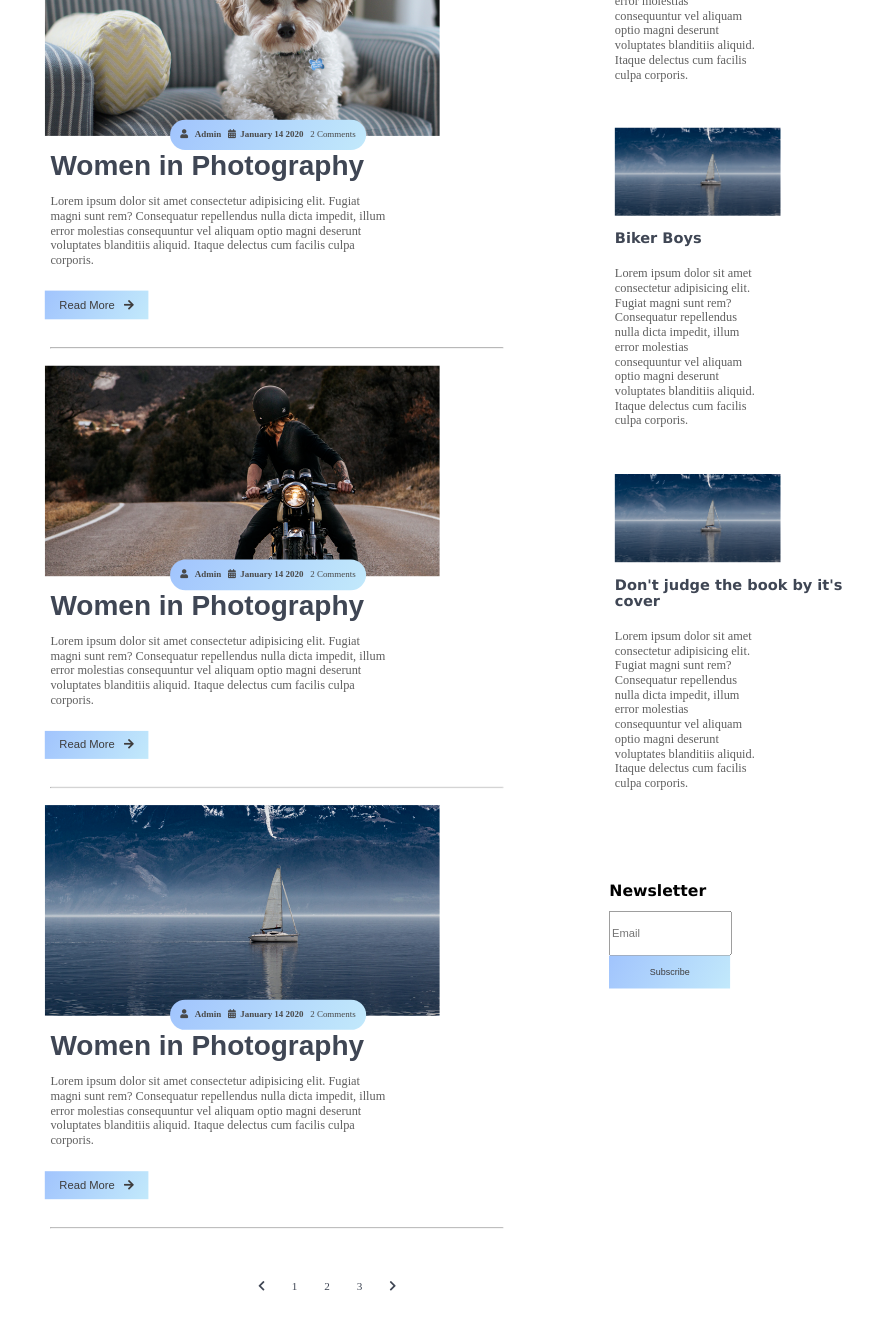
Repository: premjawaharp/Blogsite
Page: index.html
The author's editor kept a copy of each file at every save. The page is drawn from the files as they stood at one save, then again after a run of saves.
The browser window is 1280 px wide. The pictures show the part of the page from y = 2033 to 3953 px (the page is 3953 px tall), at 70% of full size.

Above is the page before, as saved 2020-09-16 21:29:19.

### index.html
<!DOCTYPE html>
<html lang="en">
<head>
    <meta charset="UTF-8">
    <meta name="viewport" content="width=device-width, initial-scale=1.0">
    <title>Blogger</title>

    <!--Font Awesome style-->
    <link rel="stylesheet" href="css/all.css">

    <!-- Owl Carousel style -->
    <link rel="stylesheet" href="./css/owl.carousel.min.css">
    <link rel="stylesheet" href="./css/owl.theme.default.css">

    <!--Custom style-->
    <link rel="stylesheet" href="css/style.css">
</head>
<body>
    <!------------- Navigation ------------------>
   <nav class="nav">
        <div class="nav-menu flex-row">
            <div class="nav-brand">
                <a href="#" class="text-gray">Premonation</a>
            </div>
            <div class="toggle-collapse">
                <div class="toggle-icons">
                    <i class="fas fa-bars"></i>
                </div>
            </div>
            <div>
                <ul class="nav-items">
                    <li class="nav-link">
                        <a href="#">Home</a>
                    </li>
                    <li class="nav-link">
                        <a href="#">Category</a>
                    </li>
                    <li class="nav-link">
                        <a href="#">Archive</a>
                    </li>
                    <li class="nav-link">
                        <a href="#">Pages</a>
                    </li>
                    <li class="nav-link">
                        <a href="#">Contact Us</a>
                    </li>
                </ul>
            </div>
            <div class="social text-gray">
                    <a href="#"><i class="fab fa-facebook-f"></i></a>
                    <a href="#"><i class="fab fa-instagram"></i></a>
                    <a href="#"><i class="fab fa-twitter"></i></a>
                    <a href="#"><i class="fab fa-youtube"></i></a>
            </div>
        </div>
    </nav>
    <!-----x------- Navigation --------x--------->

    <!-- Main site section -->
    <main>
        <!---- Site title ---->
        <section class="site-title">
            <div class="site-background">
                <h3>Tours & Travels</h3>
                <h1>Amazing Place on Earth</h1>
                <button class="btn">Explore</button>
            </div>
        </section>
        <!-- x Site title x -->
        <!-- Blog Carousel content -->
        <section>
            <div class="blog">
                <div class="container">
                    <div class="owl-carousel owl-theme blogpost">
                        <div class="blog-content">
                            <img src="./assets/Blog-post/post-1.jpg" alt="post1">
                            <div class="blog-title">
                                <h3>London Fashion Week</h3>
                                <button class="btn">Fashion</button>
                            </div>
                        </div>
                        <div class="blog-content">
                            <img src="./assets/Blog-post/post-2.jpg" alt="post2">
                            <div class="blog-title">
                                <h3>London Fashion Week</h3>
                                <button class="btn">Fashion</button>
                            </div>
                        </div>
                        <div class="blog-content">
                            <img src="./assets/Blog-post/post-3.jpg" alt="post3">
                            <div class="blog-title">
                                <h3>London Fashion Week</h3>
                                <button class="btn">Fashion</button>
                            </div>
                        </div>
                        <div class="blog-content">
                            <img src="./assets/Blog-post/post-1.jpg" alt="post1">
                            <div class="blog-title">
                                <h3>London Fashion Week</h3>
                                <button class="btn">Fashion</button>
                            </div>
                        </div>

                    </div>
                    <div class="owl-navigation">
                        <span class="owl-nav-prev"><i class="fas fa-long-arrow-alt-left"></i></span>
                        <span class="owl-nav-next"><i class="fas fa-long-arrow-alt-right"></i></span>
                    </div>
                </div>
            </div>
        </section>
        <!-- x Blog Carousel content x -->

        <!---- Site Content ---->

        <section class="container">
            <div class="site-content">
                <div class="posts">
                    <div class="post-content">
                        <div class="post-image">
                            <div>
                                <img  src="./assets/Blog-post/blog1.png" class="img" alt="blog1">
                            </div>
                            <div class="post-info flex-row">
                                <span><i class="fas fa-user text-gray">&nbsp;&nbsp; Admin</i></span>&nbsp;
                                <span><i class="fas fa-calendar-alt text-gray">&nbsp;&nbsp;January 14 2020</i></span>&nbsp;
                                <span class="text-gray">2 Comments</span>
                            </div>
                        </div>
                        <div class="post-title">
                            <a href="#"><h1>Women in Photography</h1></a>
                            <p>Lorem ipsum dolor sit amet consectetur adipisicing elit.
                                Fugiat magni sunt rem? Consequatur repellendus nulla dicta impedit, illum error molestias consequuntur vel aliquam optio magni deserunt voluptates blanditiis aliquid. Itaque delectus cum facilis culpa corporis.</p>
                        </div>
                        <button class="btn post-btn">Read More &nbsp; <i class="fas fa-arrow-right"></i></button>
                    </div>
                    <hr>
                    <div class="post-content">
                        <div class="post-image">
                            <div>
                                <img  src="./assets/Blog-post/blog2.png" class="img" alt="blog">
                            </div>
                            <div class="post-info flex-row">
                                <span><i class="fas fa-user text-gray">&nbsp;&nbsp; Admin</i></span>&nbsp;
                                <span><i class="fas fa-calendar-alt text-gray">&nbsp;&nbsp;January 14 2020</i></span>&nbsp;
                                <span class="text-gray">2 Comments</span>
                            </div>
                        </div>
                        <div class="post-title">
                            <a href="#"><h1>Women in Photography</h1></a>
                            <p>Lorem ipsum dolor sit amet consectetur adipisicing elit.
                                Fugiat magni sunt rem? Consequatur repellendus nulla dicta impedit, illum error molestias consequuntur vel aliquam optio magni deserunt voluptates blanditiis aliquid. Itaque delectus cum facilis culpa corporis.</p>
                        </div>
                        <button class="btn post-btn">Read More &nbsp; <i class="fas fa-arrow-right"></i></button>
                    </div>
                    <hr>
                    <div class="post-content">
                        <div class="post-image">
                            <div>
                                <img  src="./assets/Blog-post/blog3.png" class="img" alt="blog3">
                            </div>
                            <div class="post-info flex-row">
                                <span><i class="fas fa-user text-gray">&nbsp;&nbsp; Admin</i></span>&nbsp;
                                <span><i class="fas fa-calendar-alt text-gray">&nbsp;&nbsp;January 14 2020</i></span>&nbsp;
                                <span class="text-gray">2 Comments</span>
                            </div>
                        </div>
                        <div class="post-title">
                            <a href="#"><h1>Women in Photography</h1></a>
                            <p>Lorem ipsum dolor sit amet consectetur adipisicing elit.
                                Fugiat magni sunt rem? Consequatur repellendus nulla dicta impedit, illum error molestias consequuntur vel aliquam optio magni deserunt voluptates blanditiis aliquid. Itaque delectus cum facilis culpa corporis.</p>
                        </div>
                        <button class="btn post-btn">Read More &nbsp; <i class="fas fa-arrow-right"></i></button>
                    </div>
                    <hr>
                    <div class="post-content">
                        <div class="post-image">
                            <div>
                                <img  src="./assets/Blog-post/blog4.png" class="img" alt="blog3">
                            </div>
                            <div class="post-info flex-row">
                                <span><i class="fas fa-user text-gray">&nbsp;&nbsp; Admin</i></span>&nbsp;
                                <span><i class="fas fa-calendar-alt text-gray">&nbsp;&nbsp;January 14 2020</i></span>&nbsp;
                                <span class="text-gray">2 Comments</span>
                            </div>
                        </div>
                        <div class="post-title">
                            <a href="#"><h1>Women in Photography</h1></a>
                            <p>Lorem ipsum dolor sit amet consectetur adipisicing elit.
                                Fugiat magni sunt rem? Consequatur repellendus nulla dicta impedit, illum error molestias consequuntur vel aliquam optio magni deserunt voluptates blanditiis aliquid. Itaque delectus cum facilis culpa corporis.</p>
                        </div>
                        <button class="btn post-btn">Read More &nbsp; <i class="fas fa-arrow-right"></i></button>
                    </div>
                    <hr>
                    <div class="pagination flex-row">
                        <a href="#"><i class="fas fa-chevron-left"></i></a>
                        <a href="#" class="page">1</a>
                        <a href="#" class="page">2</a>
                        <a href="#" class="page">3</a>
                        <a href="#" ><i class="fas fa-chevron-right"></i></a>
                    </div>
                </div>
                <aside class="sidebar">
                    <div class="category">
                        <h3>Category</h3>
                        <ul class="category-list">
                            <li class="list-items">
                                <a href="#">Software</a>
                                <span>(05)</span>
                            </li>
                            <li class="list-items">
                                <a href="#">Technology</a>
                                <span>(03)</span>
                            </li>
                            <li class="list-items">
                                <a href="#">Lifestyle</a>
                                <span>(02)</span>
                            </li>
                            <li class="list-items">
                                <a href="#">Shopping</a>
                                <span>(06)</span>
                            </li>
                            <li class="list-items">
                                <a href="#">Food</a>
                                <span>(04)</span>
                            </li>
                        </ul>
                    </div>
                    <div class="popular-post">
                        <h3>Popular Posts</h3>
                        <div class="post-content">
                            <div class="post-image">
                                <div>
                                    <img  src="./assets/Blog-post/blog4.png" class="img" alt="blog3">
                                </div>

                            </div>
                            <div class="post-title">
                                <a href="#"><h4>Women in Photography</h4></a>
                                <p>Lorem ipsum dolor sit amet consectetur adipisicing elit.
                                    Fugiat magni sunt rem? Consequatur repellendus nulla dicta impedit, illum error molestias consequuntur vel aliquam optio magni deserunt voluptates blanditiis aliquid. Itaque delectus cum facilis culpa corporis.</p>
                            </div>
                        </div>
                        <div class="post-content">
                            <div class="post-image">
                                <div>
                                    <img  src="./assets/Blog-post/blog4.png" class="img" alt="blog3">
                                </div>
                            </div>
                            <div class="post-title">
                                <a href="#"><h4>Biker Boys</h4></a>
                                <p>Lorem ipsum dolor sit amet consectetur adipisicing elit.
                                    Fugiat magni sunt rem? Consequatur repellendus nulla dicta impedit, illum error molestias consequuntur vel aliquam optio magni deserunt voluptates blanditiis aliquid. Itaque delectus cum facilis culpa corporis.</p>
                            </div>
                        </div>
                        <div class="post-content">
                            <div class="post-image">
                                <div>
                                    <img  src="./assets/Blog-post/blog4.png" class="img" alt="blog3">
                                </div>
                            </div>
                            <div class="post-title">
                                <a href="#"><h4>Don't judge the book by it's cover</h4></a>
                                <p>Lorem ipsum dolor sit amet consectetur adipisicing elit.
                                    Fugiat magni sunt rem? Consequatur repellendus nulla dicta impedit, illum error molestias consequuntur vel aliquam optio magni deserunt voluptates blanditiis aliquid. Itaque delectus cum facilis culpa corporis.</p>
                            </div>
                        </div>
                        <div class="news-letter">
                            <div class="news-form">
                                <h3>Newsletter</h3>
                                <div class="news-inputs">
                                    <input type="text" class='input-element' placeholder="Email">
                                    <button class="new-form-btn btn">Subscribe</button>
                                </div>

                            </div>
                        </div>

                    </div>
                </aside>

            </div>
        </section>
        <!-- x Site Content x -->

    </main>

    <!-- x Main site section x -->

    <!-- Jquery library -->
    <script src="js/jquery3.5.1.min.js"></script>
    <!-- Owl Carousel Js -->
    <script src="js/owl.carousel.min.js"></script>
    <!-- Custom javascript -->
    <script src="js/script.js"></script>



</body>
</html>

### css/style.css
@import url('./fonts.css');

html,body{
    margin: 0%;
    box-sizing: border-box;
    overflow-x: hidden;
}

:root{

    /*--------- theme font-family --------- */
    --Montserrat: Montserrat, 'Courier New';
    --Monsterrat-bold: Montserrat-Medium;
    --Anton-regular: Anton-Regular;

    /* theme color */
    --text-gray: #3f4654;
    --light-grey: rgb(73, 73, 73);
    --text-light: #5f5f5f;
    --bg-color: black;
    --white: white;
    --mild-grey: rgb(194, 197, 197);
    --midnight: rgb(21, 37, 37);

    /* --------gradient color -------- */
    --sky-blue: linear-gradient(to top, #fff1eb 0%, #ace0f9 100%);
    --mel-green: linear-gradient(to top, #c1dfc4 0%, #deecdd 100%);
    --rare-wind: linear-gradient(to top, #f8d8e8 0%, #c8eef5 100%);
    --water-sky: linear-gradient(120deg, #a1c4fd 0%, #c2e9fb 100%);;

}




/* --------global classes-------- */
a{
    text-decoration: none;
    color: var(--text-gray);
}

.flex-row{
    display: flex;
    flex-direction:row ;
    flex-wrap: wrap;
}

ul{
    list-style-type: none;
}

h1{
    font-family: sans-serif;
    font-size: 2.5rem;
}

h3{
    font-family: Geneva;
    font-size: 1.4rem;
}

h4{
    font-family: Geneva;
    font-size: 1.3rem;
}


button.btn{
    border: none;
    border-radius: 4rem;
    padding: 1rem 3rem;
    font-family: sans-serif;
    font-size: 1rem;
    color: rgb(62, 60, 60);
    cursor: pointer;
}

.container{
    margin: 0 5vw;
}

.text-gray{
    color: var(--light-grey);
}

p{
    color: var(--text-light);
    font-size: 1.1rem;
    margin-right: 40%;
}

/* ----x----global classes---x----- */



/* --------navbar-------- */
.nav {
   background: white;
    padding: 0 2rem;
    height: 0rem;
    min-height: 8vh;
    overflow: hidden;
    transition: .5s ease-in;
}
.nav-brand {
    font-size: 1.6rem;
    padding: 1.6rem 0;
    font-family: var(--Monsterrat-bold) ;
}

.nav .nav-menu{
    justify-content: space-between;
    font-family: var(--Montserrat)
}

.nav .toggle-collapse{
    position: absolute;
    top:0%;
    width: 90%;
    cursor: pointer;
    display: none;
}
.nav .toggle-collapse .toggle-icons{
    display: flex;
    justify-content: flex-end;
    padding: 1.7rem 0;
}
.nav .toggle-collapse .toggle-icons i{
    font-size: 1.4rem;
    color: var(--midnight);
}


.collapse{
    height: 30rem;
}

.nav .nav-items{
    display: flex;
    margin: 0;
    padding: .5rem;

}
.nav-link{
    padding: 1.6rem 1rem;
    font-size: 1.1rem;
    position: relative;
}
.nav-link:hover{
    background-color: rgb(52, 65, 62);
}

.collapse{
    height: 30rem;
}
.nav-link:hover a{
    color: white
}

.nav .social{
    padding: 2rem;
}

.nav .social i{
    padding: 0 .3rem;
}
.nav .social i:hover{
    color: var(--mild-grey)
}

/* ----x----navbar----x---- */

/* Main Content */


/* --- Site title --- */

main .site-title{
    background:url('../assets/Background-image.png');
    background-size: cover;
    height: 100vh;
    display: flex;
    justify-content: center;
}

main .site-title .site-background{
    padding: 10rem;
    text-align: center;
    color: var(--white);
}

main .site-title h1,h3{
    margin: .3rem;
}
main .site-title .btn{
    margin: 1.8rem;
    background: var(--sky-blue);
}

main .site-title .btn:hover{
    background: transparent ;
    border:1px solid rgb(207, 226, 179);
    color:whitesmoke
}

/* ---x Site title x--- */

/*---- blog-carousal -----*/
main .blog{
    background: url('../assets/Abract01.png');
    background-repeat: no-repeat;
    background-position: right;
    height: 70vh;
    width: 100%;
    background-size: 55%;

}

main .blog .blogpost{
    padding-top: 6rem;
}

main .blog .blog-content{
    display: flex;
    flex-direction: column;
    text-align: center;
    width: 70%;
    margin: 3rem 2rem;
    box-shadow: 0 15px 20px grey;
}

main .blog-content .blog-title{
    padding: 2rem 0;
}

main .blog-content .btn{
    background: var(--rare-wind);
    margin: .5rem;
}

section .container .owl-nav{
    position: absolute;
    top:10%;
    width: 100%;
}

section .container .owl-nav .owl-nav-prev,
.container .owl-nav .owl-nav-next{
    color: rgb(78, 77, 77);
    font-size: 2rem;
    background: transparent;
}

.owl-theme .owl-nav [class*='owl-']:hover {
    background: transparent;
    color:grey;
    text-decoration: none;
    outline: none;

}

/*---x blog-carousal x----*/

/* Site Content */
main .site-content{
    display: grid;
    grid-template-columns: 70% 30%;
}

main .post-content .post-title a{
    width: 100%;
    margin-bottom: 5rem;
}
main .post-content .post-title h1{
   margin:0rem
}
/* x Site Content x */

.post-image, .post-title{
    padding: 1rem 0rem;
    position: relative;

}

main .site-content .post-content > .post-image .post-info{
    background: var(--water-sky);
    padding: .7rem;
    font-size: .8rem;
    position: absolute;
    bottom: 0%;
    left: 14vw;
    border-radius: 4rem;

}

main .site-content .post-content > .post-image div{
    overflow: hidden;
}

main .site-content .post-content > .post-image .img{
    width: 70%;
    transition: all 1s ease;
}
main .site-content .post-content > .post-image .img:hover{
    transform: scale(1.2);
}

main .site-content .post-content > .post-image .post-info span{
    margin: .2rem
}

main .post-content .post-title a{
    font-size: 1.5rem;
}

main .post-content{
    width: 100%;
    padding-bottom: 2rem;

}

main .post-content .post-btn {
    border-radius: 0;
    padding: .7rem 1.3rem;
    margin-left: 0rem;
    background: var(--water-sky);
}

.site-content .pagination{
    justify-content: center;
    margin: 4rem 0;
}
.site-content .pagination a{
    padding: .6rem .9rem;
    border-radius: 2rem;
    margin:0 .3rem;
}

.site-content .pagination .page{

    color: var(--text-gray);
}

.site-content .pagination .page:hover{
    cursor: pointer;
    color: white;
    background:var(--text-gray);
}

/*--x Site Content x--*/

/* ---sidebar--- */
.site-content >.sidebar .category-list {
    padding: 0rem 0rem;
    margin: 0rem 0rem;
    width: 80%;
}
.site-content >.sidebar .category-list .list-items{
    background: var(--water-sky);
    padding: .7rem 1rem;
    margin:1rem 0rem;
    border-radius: 2rem;
    width: 60%;
    display: flex;
    justify-content: space-between;

}
.site-content > .sidebar .category-list .list-items:hover {
    cursor: pointer;
    transform: scale(1.1);
    transition: all .5s ease-in-out;
}

.site-content >.sidebar .category-list{
    font-family: sans-serif;
    color: var(--text-gray);
}
.site-content .posts hr{
    margin-left: .5rem;
    width: 80%;

}
.popular-post h3{
    padding-top: 4rem;
    padding-bottom: 1rem;
}
.popular-post h4{
    margin-top: 0rem;
}
.sidebar .popular-post .post-image,.post-title{
    padding-left: .5rem;
    padding-top: 0rem;
}
.news-form h3{
    margin:0rem;
    padding-bottom: 1rem;
}
.news-letter .news-form input{
    width: 13vw;
    height: 8vh;
    font-size: 1rem;
}
.news-inputs{
    display: flex;
    width: 50%;
    flex-direction: column;
}
main .news-letter .news-form .new-form-btn {
    border-radius: 0;
    padding: 1rem;
    background: var(--water-sky);
    font-size:1vw;
}




/* -x--sidebar--x- */
/* x Main Content x */
@media only screen and (max-width: 750px){
    .nav .nav-menu, .nav-items{
        flex-direction: column;
    }

    .nav .toggle-collapse{
        display: initial;
    }

}

/* viewoprt less than or equal to 750px */

### css/fonts.css
@font-face{
    font-family: Montserrat;
    src: url(../Montserrat/Montserrat-Light.ttf)
}
@font-face{
    font-family: Montserrat-Bold;
    src: url(../Montserrat/Montserrat-Bold.ttf)
}
@font-face{
    font-family: Montserrat-SemiBold;
    src: url(../Montserrat/Montserrat-SemiBold.ttf)
}
@font-face{
    font-family: Montserrat-Medium;
    src: url(../Montserrat/Montserrat-Regular.ttf)
}

@font-face{
    font-family: Anton-Regular;
    src: url(../Anton/Anton-Regular.ttf)
}

Loaded but not shown: css/all.css (library); css/owl.carousel.min.css (library); css/owl.theme.default.css (common file); js/jquery3.5.1.min.js (library); js/owl.carousel.min.js (library); js/script.js (26 lines, source omitted)

After the next 3 saves:
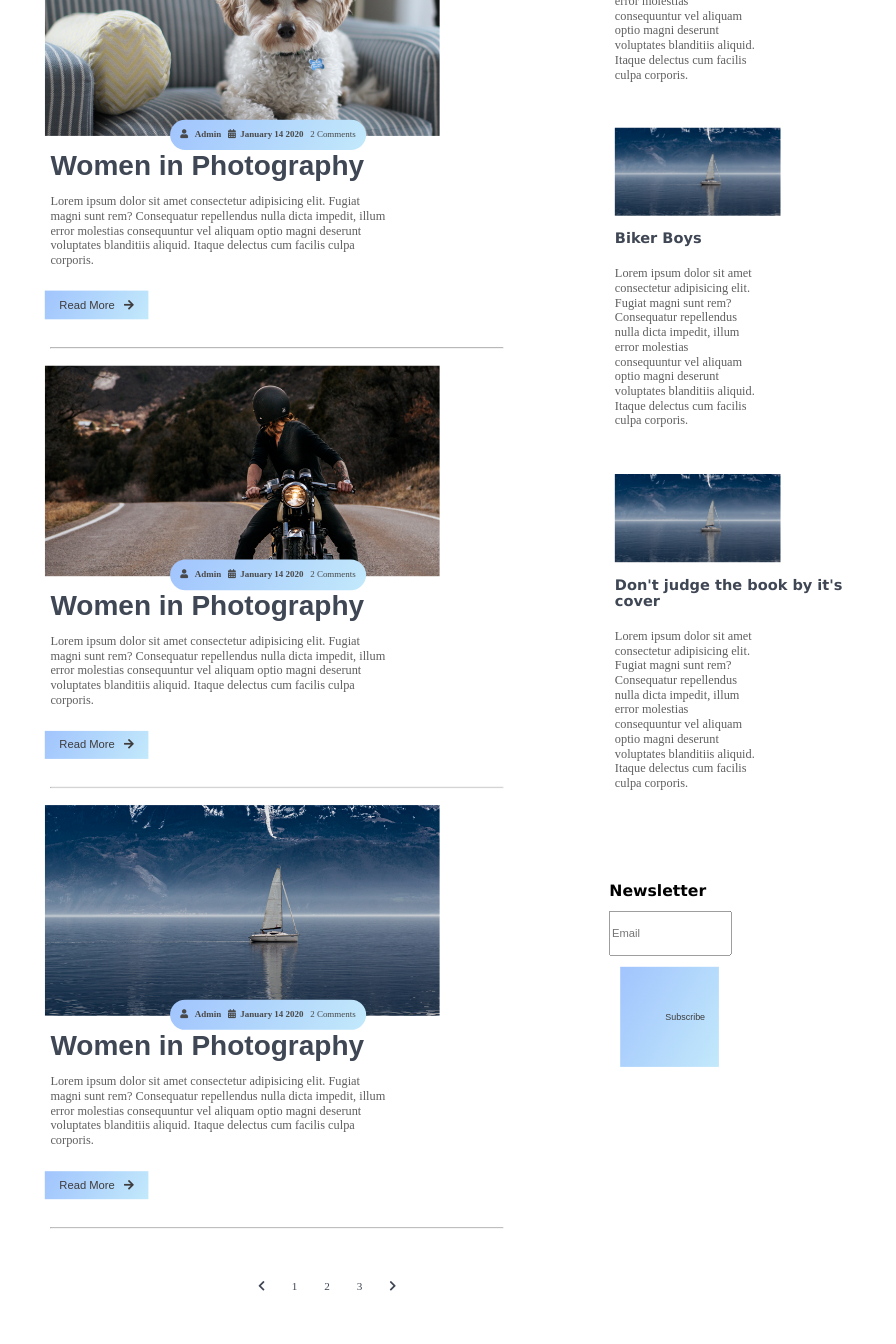
The 3 saves are shown as one change because they came seconds apart.
The last was saved 17 s later.
--- a/css/style.css
+++ b/css/style.css
@@ -407,7 +407,8 @@ main .post-content .post-btn {
 }
 main .news-letter .news-form .new-form-btn {
     border-radius: 0;
-    padding: 1rem;
+    padding: 4rem;
+    margin: 1rem;
     background: var(--water-sky);
     font-size:1vw;
 }
